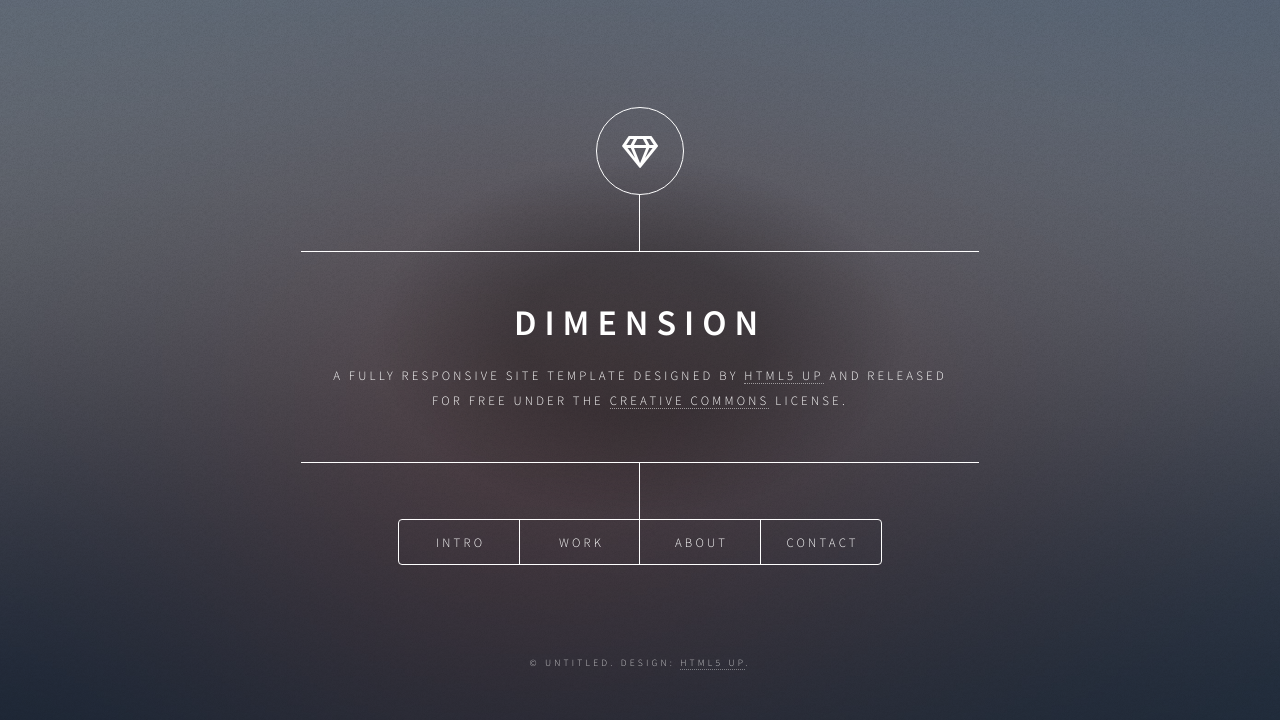
Repository: NashaatAlkean/Nashaat-sPortofolio
Page: index.html
These files come from the project's save history. The page is drawn as it stood at one moment and after the next save; the edit follows.
The browser window is 1280 px wide. The pictures show the whole page.

Above is the page before, as saved 2025-11-05 09:54:56.
Not found: images/pic01.jpg

After the next save:
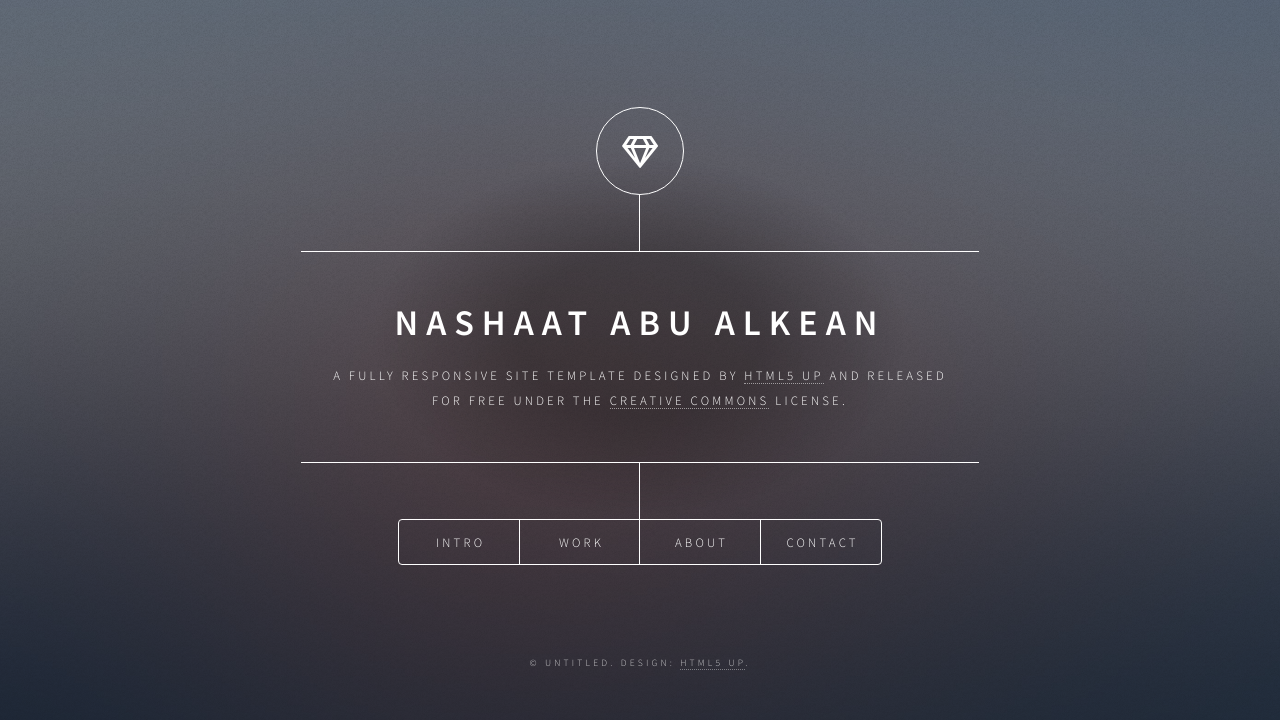
Saved 34 s later.
--- a/index.html
+++ b/index.html
@@ -27,7 +27,7 @@
         </div>
         <div class="content">
           <div class="inner">
-            <h1>Dimension</h1>
+            <h1>Nashaat Abu Alkean</h1>
             <p>
               A fully responsive site template designed by
               <a href="https://html5up.net">HTML5 UP</a> and released<br />
